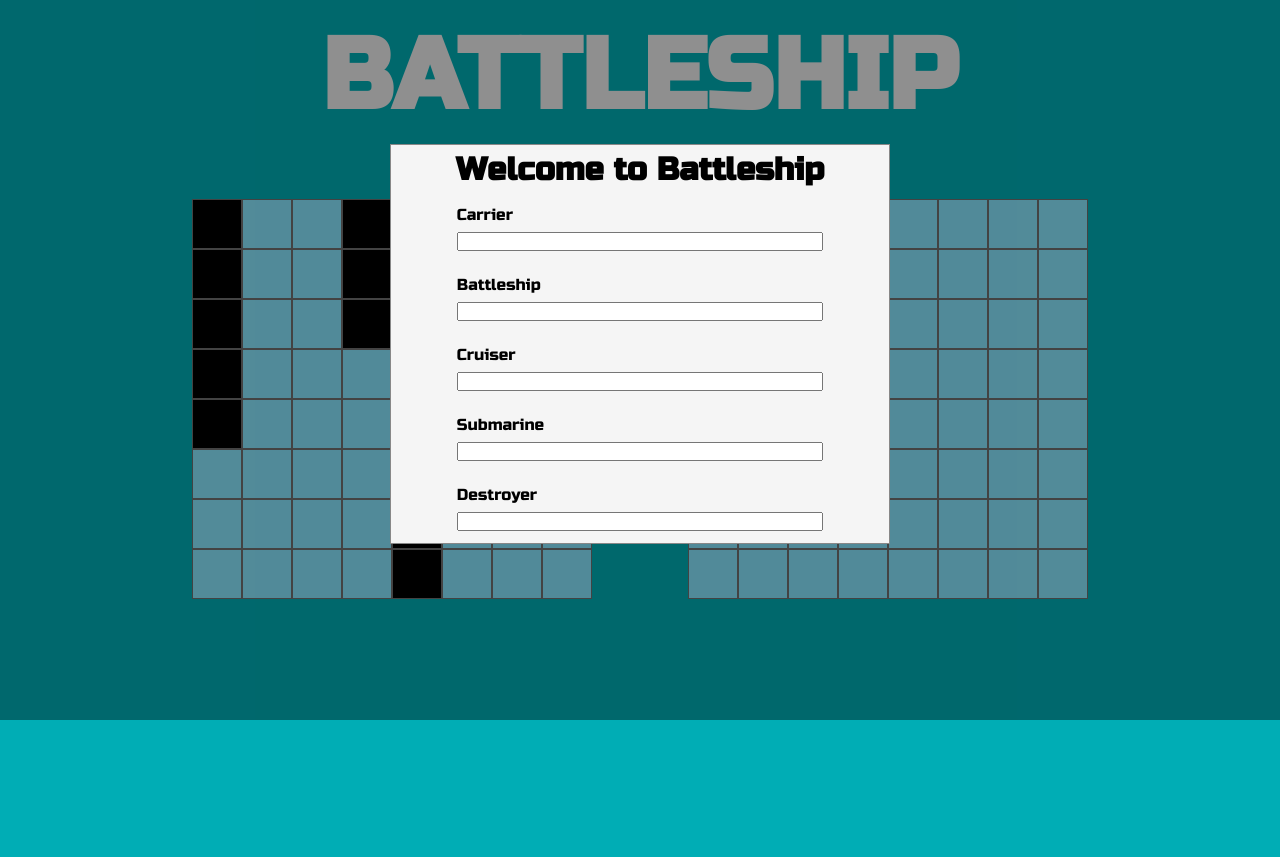
Repository: AzharMoosa/battleship
Page: /
These files come from the project's save history. The page is drawn as it stood at one moment and after the next save; the edit follows.
The browser window is 1280 px wide. The pictures show the whole page.
The project was rebuilt for these pictures with package versions that can differ from the ones it lists, and the page was loaded fresh each time.

Above is the page before, as saved 2020-07-09 10:10:55.

### src/App.js
import React from "react";
import Header from "./components/Header";
import Board from "./components/Board";
import { PlayersProvider } from "./context/PlayersContext";
import "./App.css";

function App() {
  return (
    <PlayersProvider>
      <div>
        <Header />
        <Board />
      </div>
    </PlayersProvider>
  );
}

export default App;

### src/components/Header.js
import React from "react";

const Header = () => {
  return (
    <div className='header'>
      <h1>Battleship</h1>
    </div>
  );
};

export default Header;

### src/components/Board.js
import React, { useState, Fragment } from "react";
import Square from "./Square";
import PlainSquare from "./PlainSquare";
import Player from "../functions/Player";
import Gameboard from "../functions/Gameboard";
import Overlay from "./Overlay";
import HitMiss from "./HitMiss";
import PlaceShip from "./PlaceShip";
import { v4 as uuidv4 } from "uuid";

const Board = () => {
  // eslint-disable-next-line
  const [player, setPlayer] = useState(Player(false));
  // eslint-disable-next-line
  const [computer, setComputer] = useState(Player(true));
  const [playerBoard, setPlayerBoard] = useState(Gameboard());
  const [computerBoard, setComputerBoard] = useState(Gameboard());
  const [playerTurn, setPlayerTurn] = useState(true);

  const getOutcome = (hit) => {
    let outcome = document.querySelector(".hit-miss-outcome");
    if (hit === true) {
      outcome.innerHTML = "Hit!";
    } else {
      outcome.innerHTML = "Miss!";
    }
  };

  const startGame = () => {
    playerBoard.placeShip(0, 0, player.ships[0], 1);
    playerBoard.placeShip(4, 4, player.ships[1], 1);
    playerBoard.placeShip(3, 0, player.ships[2], 1);
    playerBoard.placeShip(5, 0, player.ships[3], 1);
    playerBoard.placeShip(7, 0, player.ships[4], 1);

    computerBoard.placeShip(0, 0, computer.ships[0], 0);
    computerBoard.placeShip(4, 2, computer.ships[1], 0);
    computerBoard.placeShip(0, 3, computer.ships[2], 0);
    computerBoard.placeShip(3, 5, computer.ships[3], 0);
    computerBoard.placeShip(0, 7, computer.ships[4], 0);
  };

  const getBoardElm = (elm) => {
    if (elm !== "") {
      return "square ship";
    } else {
      return "square";
    }
  };

  const displayModal = (name) => {
    let modal = document.querySelector(".modal");
    let title = document.querySelector(".winner-name");
    let overlay = document.querySelector(".overlay");
    modal.style.display = "block";
    overlay.style.display = "none";
    if (name === "Computer") {
      title.innerHTML = "Computer Wins";
    } else if (name === "Player") {
      title.innerHTML = "Player Wins";
    }
  };

  const resetGame = () => {
    setPlayer(Player(false));
    setComputer(Player(true));
    setPlayerBoard(Gameboard());
    setComputerBoard(Gameboard());
    setPlayerTurn(true);
    let modal = document.querySelector(".modal");
    let overlay = document.querySelector(".overlay");
    let outcome = document.querySelector(".hit-miss-outcome");
    modal.style.display = "none";
    overlay.style.display = "grid";
    outcome.innerHTML = "";
  };

  const gameOver = () => {
    if (playerBoard.allShipSunk(player.ships)) {
      displayModal("Computer");
    } else if (computerBoard.allShipSunk(computer.ships)) {
      displayModal("Player");
    }
  };

  const attackComputer = (e) => {
    if (playerTurn === true) {
      let updatedBoard = computerBoard;
      // Get Coord
      let coords = e.target.id.split(",");
      let x = coords[1];
      let y = coords[0];
      player.attackEnemy(updatedBoard, parseInt(x), parseInt(y));
      if (computerBoard.grid[x][y] === "") {
        e.target.classList.add("ship-miss");
        getOutcome(false);
      } else {
        e.target.classList.add("ship-hit");
        getOutcome(true);
      }
      setComputerBoard(updatedBoard);
      setPlayerTurn(false);
    }
    computerTurn();
  };

  const computerTurn = () => {
    if (playerTurn === true) {
      let updatedBoard = playerBoard;
      let randomCoords = computer.getRandomCoords();
      let square = document.getElementById(randomCoords);
      let coords = randomCoords.split(",");
      let x = coords[1];
      let y = coords[0];
      computer.computerAttack(updatedBoard, x, y);
      if (playerBoard.grid[x][y] === "") {
        square.classList.add("ship-miss");
      } else {
        square.classList.add("ship-hit");
      }
      gameOver();
      setPlayerBoard(updatedBoard);
      setPlayerTurn(true);
    }
  };

  return (
    <Fragment>
      <PlaceShip />
      <div className='container'>
        <HitMiss />
        <div className='game-boards'>
          {startGame()}
          <div className='game-board'>
            {playerBoard.grid.map((col, j) =>
              col.map((elm, i) => (
                <Square
                  key={uuidv4()}
                  elm={elm}
                  getBoardElm={getBoardElm}
                  id={`${i},${j}`}
                />
              ))
            )}
          </div>

          <div className='comp'>
            <div className='game-board comp-board'>
              {computerBoard.grid.map((col, j) =>
                col.map((elm, i) => (
                  <Square
                    key={uuidv4()}
                    elm={elm}
                    getBoardElm={getBoardElm}
                    attackComputer={attackComputer}
                    id={`${i},${j}`}
                  />
                ))
              )}
            </div>
            <div className='overlay game-board'>
              {computerBoard.grid.map((col, j) =>
                col.map((elm, i) => <PlainSquare key={uuidv4()} />)
              )}
            </div>
          </div>
        </div>
        <Overlay resetGame={resetGame} />
      </div>
    </Fragment>
  );
};

export default Board;

### src/context/PlayersContext.js
import React, { useState, createContext } from "react";
import Player from "../functions/Player";
import Gameboard from "../functions/Gameboard";

export const PlayersContext = createContext();

export const PlayersProvider = (props) => {
  const [players, usePlayers] = useState([
    // Player
    {
      player: Player(false),
      board: Gameboard(),
    },
    // Computer
    {
      player: Player(true),
      board: Gameboard(),
    },
  ]);

  return (
    <PlayersContext.Provider value={[players, usePlayers]}>
      {props.children}
    </PlayersContext.Provider>
  );
};

### src/App.css
@import url("https://fonts.googleapis.com/css2?family=Russo+One&display=swap");

:root {
  --bg-primary: #00adb5;
  --bg-light: #eeeeee;
  --bg-dark: #222831;
}

* {
  margin: 0;
  padding: 0;
  box-sizing: border-box;
}

body {
  font-family: "Russo One", sans-serif;
  background-color: var(--bg-primary);
}

.header {
  text-align: center;
}

.header h1 {
  color: var(--bg-light);
  font-size: 100px;
  text-transform: uppercase;
  margin-top: 1rem;
}

.game-boards {
  display: flex;
  align-items: center;
  justify-content: space-between;
  width: 70%;
  height: 55vh;
  margin: 3rem auto;
}

.game-board {
  display: grid;
  grid-template-columns: repeat(8, 1fr);
  width: 400px;
  height: 400px;
}

.square {
  border: 1px solid #707070;
  background-color: rgb(136, 231, 255);
  width: 50px;
  height: 50px;
  pointer-events: auto !important;
  cursor: pointer;
}

.plain-square {
  border: 1px solid #707070;
  background-color: rgb(136, 231, 255);
  width: 50px;
  height: 50px;
  pointer-events: none !important;
  cursor: pointer;
}

.ship {
  background-color: #000;
}

.ship-hit {
  background-color: rgb(255, 77, 77) !important;
  pointer-events: none !important;
}

.ship-miss {
  background-color: #fff !important;
  pointer-events: none !important;
}

.comp {
  display: grid;
}

.comp-board,
.overlay {
  grid-area: 1 / 1;
}

.container {
  display: flex;
  flex-direction: column;
  height: 100vh;
}

.overlay {
  pointer-events: none;
}

.start {
  /* display: none; */
  position: fixed;
  z-index: 1;
  left: 0;
  top: 0;
  width: 100%;
  height: 100%;
  background-color: rgb(0, 0, 0);
  background-color: rgba(0, 0, 0, 0.4);
}

.start-content {
  background-color: #f5f5f5;
  margin: 20vh auto;
  padding: 20px;
  border: 1px solid #888;
  width: 500px;
  height: 400px;
  display: flex;
  flex-direction: column;
  align-items: center;
  justify-content: center;
}

.coord-inputs {
  display: flex;
  flex-direction: column;
  width: 80%;
  margin-top: 1rem;
}

.coord-input {
  margin: 0.5rem 0;
}

.modal {
  display: none;
  position: fixed;
  z-index: 1;
  left: 0;
  top: 0;
  width: 100%;
  height: 100%;
  background-color: rgb(0, 0, 0);
  background-color: rgba(0, 0, 0, 0.4);
}

.modal-content-results {
  background-color: #f5f5f5;
  margin: 30vh auto;
  padding: 20px;
  border: 1px solid #888;
  width: 400px;
  height: 200px;
  display: flex;
  flex-direction: column;
  align-items: center;
  justify-content: center;
}

.winner-name {
  text-align: center;
  margin-bottom: 2rem;
  font-size: 40px;
}

.btn-primary {
  background-color: var(--bg-dark);
  color: #fff;
  width: 150px;
  height: 50px;
  font-size: 20px;
  border: none;
  outline: none;
  font-family: "Russo One", sans-serif;
  border-radius: 20px;
  cursor: pointer;
}

.hit-miss {
  display: flex;
  align-items: center;
  justify-content: center;
  margin-top: 1rem;
}

.hit-miss-outcome {
  color: #fff;
  font-size: 50px;
}

@media (min-width: 1700px) {
  .game-boards {
    height: 70vh;
    width: 80%;
  }

  .game-board {
    width: 650px;
    height: 650px;
  }

  .square,
  .plain-square {
    width: 81.25px;
    height: 81.25px;
  }
}

@media (max-width: 1200px) {
  .game-boards {
    height: 70vh;
    width: 80%;
    display: flex;
    flex-direction: column;
  }

  .game-board {
    width: 500px;
    height: 500px;
  }

  .comp {
    margin-top: 3rem;
  }

  .square,
  .plain-square {
    width: 62.5px;
    height: 62.5px;
  }
}

@media (max-width: 768px) {
  .header h1 {
    font-size: 60px;
  }

  .game-boards {
    width: 80%;
    display: flex;
    flex-direction: column;
  }

  .game-board {
    width: 400px;
    height: 400px;
  }

  .comp {
    margin-top: 3rem;
  }

  .square,
  .plain-square {
    width: 50px;
    height: 50px;
  }
}

@media (max-width: 414px) {
  .header h1 {
    font-size: 40px;
  }

  .game-boards {
    width: 70%;
    display: flex;
    flex-direction: column;
  }

  .game-board {
    width: 300px;
    height: 300px;
  }

  .comp {
    margin-top: 3rem;
  }

  .square,
  .plain-square {
    width: 37.5px;
    height: 37.5px;
  }

  .modal-content-results {
    width: 300px;
  }

  .winner-name {
    font-size: 35px;
  }

  .btn-primary {
    background-color: var(--bg-dark);
    color: #fff;
    width: 150px;
    height: 50px;
    font-size: 20px;
    border: none;
    outline: none;
    font-family: "Russo One", sans-serif;
    border-radius: 20px;
    cursor: pointer;
  }
}

@media (max-width: 375px) {
  .header h1 {
    font-size: 35px;
  }

  .game-boards {
    width: 70%;
    display: flex;
    flex-direction: column;
  }

  .game-board {
    width: 280px;
    height: 280px;
  }

  .comp {
    margin-top: 3rem;
  }

  .square,
  .plain-square {
    width: 35px;
    height: 35px;
  }
}

@media (max-width: 320px) {
  .modal-content-results {
    width: 250px;
  }

  .winner-name {
    font-size: 30px;
  }
}

### src/components/Square.js
import React from "react";

const Square = ({ elm, attackComputer, getBoardElm, id }) => {
  return (
    <div className={getBoardElm(elm)} id={id} onClick={attackComputer}></div>
  );
};

export default Square;

### src/components/PlainSquare.js
import React from "react";

const PlainSquare = () => {
  return <div className='plain-square'></div>;
};

export default PlainSquare;

### src/functions/Player.js
import Ship from "./Ship";

const Player = (ai) => {
  let previousShots = [];

  // Create Ships
  let carrier = Ship("Carrier", 5);
  let battleship = Ship("Battleship", 4);
  let cruiser = Ship("Cruiser", 3);
  let submarine = Ship("Submarine", 3);
  let destroyer = Ship("Destroyer", 2);
  let ships = [carrier, battleship, cruiser, submarine, destroyer];

  const attackEnemy = (enemyBoard, x, y) => {
    if (!previousShots.includes([x, y])) {
      enemyBoard.receiveAttack(x, y);
      previousShots.push([parseInt(x), parseInt(y)]);
      return true;
    }
    return false;
  };

  const checkCoord = (x, y) => {
    previousShots.forEach((coords) => {
      if (
        parseInt(coords[1]) === parseInt(x) &&
        parseInt(coords[0]) === parseInt(y)
      ) {
        return true;
      }
    });
    return false;
  };

  const getRandomCoords = (gameboard) => {
    let maximum = 7;
    let minimum = 0;
    let x = 0;
    let y = 0;

    do {
      x = Math.floor(Math.random() * (maximum - minimum + 1)) + minimum;
      y = Math.floor(Math.random() * (maximum - minimum + 1)) + minimum;
    } while (checkCoord(x, y));
    return `${x},${y}`;
  };

  const computerAttack = (enemyBoard, x, y) => {
    enemyBoard.receiveAttack(x, y);
    previousShots.push([x, y]);
  };

  return { previousShots, ships, attackEnemy, computerAttack, getRandomCoords };
};

export default Player;

### src/functions/Gameboard.js
const Gameboard = () => {
  let previousShots = [];
  const grid = new Array(8).fill("");
  for (let i = 0; i < grid.length; i++) {
    grid[i] = new Array(8).fill("");
  }

  const getGrid = () => {
    return grid;
  };

  const getPreviousShots = () => {
    return previousShots;
  };

  const placeShip = (x, y, ship, orientation) => {
    // Horizontal Orientation = 0
    // Vertical Orientation = 1

    // Check If Ship Fits
    let shipLength = ship.length;

    if (orientation === 0) {
      for (let i = x; i < x + ship.length; i++) {
        if (grid[y][i] !== "" || x + shipLength > 8) {
          return false;
        }
        grid[y][i] = ship;
        ship.setShipCoords(y, i);
      }
    } else if (orientation === 1) {
      for (let i = y; i < y + ship.length; i++) {
        if (grid[i][x] !== "" || y + shipLength > 8) {
          return false;
        }
        grid[i][x] = ship;
        ship.setShipCoords(i, x);
      }
    }
    return true;
  };

  const flatten = (arr) => {
    return arr.join(" |-| ");
  };

  const receiveAttack = (x, y) => {
    // Check if ship is at position
    if (grid[x][y] !== "") {
      let ship = grid[x][y];
      let shipCoords = ship.getShipCoords();
      let arrSearch = shipCoords.map((row) => {
        return flatten(row);
      });
      let pos = arrSearch.indexOf(flatten([x, y]));
      if (!ship.isHit(pos)) {
        ship.hit(pos);
        return true;
      }
    }
    previousShots.push([x, y]);
    return false;
  };

  const allShipSunk = (ships) => {
    for (let i = 0; i < ships.length; i++) {
      if (!ships[i].isSunk()) {
        return false;
      }
    }

    return true;
  };

  return {
    grid,
    previousShots,
    getGrid,
    placeShip,
    receiveAttack,
    getPreviousShots,
    allShipSunk,
  };
};

export default Gameboard;

### src/components/Overlay.js
import React from "react";

const Overlay = ({ resetGame }) => {
  return (
    <div className='modal'>
      <div className='modal-content-results'>
        <h1 className='winner-name'>Player Wins</h1>
        <button className='btn-primary' onClick={resetGame}>
          Restart
        </button>
      </div>
    </div>
  );
};

export default Overlay;

### src/components/HitMiss.js
import React from "react";

const HitMiss = () => {
  return (
    <div className='hit-miss'>
      <h1 className='hit-miss-outcome'>{}</h1>
    </div>
  );
};

export default HitMiss;

### src/components/PlaceShip.js
import React, { useState } from "react";

const PlaceShip = () => {
  const [carrier, setCarrierX] = useState("");
  const [battleship, setBattleshipX] = useState("");
  const [cruiser, setCruiserX] = useState("");
  const [submarine, setSubmarineX] = useState("");
  const [destroyer, setDestroyerX] = useState("");

  return (
    <div className='start'>
      <div className='start-content'>
        <h1>Welcome to Battleship</h1>
        <div className='coord-inputs'>
          <label htmlFor='carrier'>Carrier</label>
          <input
            type='text'
            onChange={(e) => setCarrierX(e.target.value)}
            className='coord-input'
          />
        </div>
        <div className='coord-inputs'>
          <label htmlFor='battleship'>Battleship</label>
          <input
            type='text'
            onChange={(e) => setBattleshipX(e.target.value)}
            className='coord-input'
          />
        </div>
        <div className='coord-inputs'>
          <label htmlFor='cruiser'>Cruiser</label>
          <input
            type='text'
            onChange={(e) => setCruiserX(e.target.value)}
            className='coord-input'
          />
        </div>
        <div className='coord-inputs'>
          <label htmlFor='submarine'>Submarine</label>
          <input
            type='text'
            onChange={(e) => setSubmarineX(e.target.value)}
            className='coord-input'
          />
        </div>
        <div className='coord-inputs'>
          <label htmlFor='destroyer'>Destroyer</label>
          <input
            type='text'
            onChange={(e) => setDestroyerX(e.target.value)}
            className='coord-input'
          />
        </div>
      </div>
    </div>
  );
};

export default PlaceShip;

### src/functions/Ship.js
const Ship = (name, length) => {
  // Fills ship with false
  const ship = new Array(length).fill(false);
  let shipCoords = [];

  // Hit
  const hit = (pos) => (ship[pos] = true);

  // If Ship Sunk
  const isSunk = () => {
    return ship.every((v) => v === true);
  };

  const isHit = (pos) => {
    return ship[pos] === true ? true : false;
  };

  // Returns ship
  const getShip = () => {
    return ship;
  };

  const setShipCoords = (x, y) => {
    shipCoords.push([x, y]);
  };

  const getShipCoords = () => {
    return shipCoords;
  };

  return {
    name,
    ship,
    length,
    hit,
    isSunk,
    isHit,
    getShip,
    setShipCoords,
    getShipCoords,
  };
};

export default Ship;

Loaded but not shown: public/index.html (common file); src/index.js (common file)

After the next save:
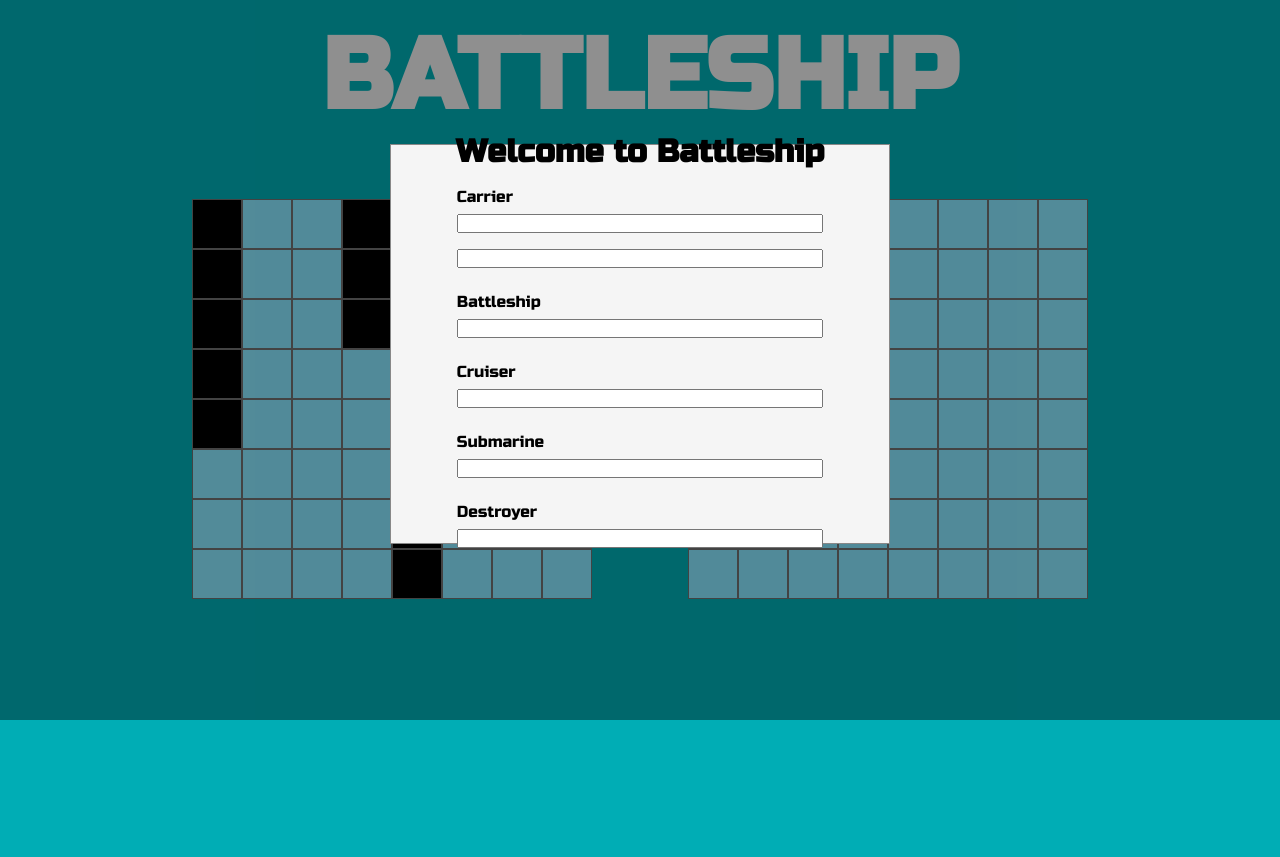
Saved 39 s later.
--- a/src/components/PlaceShip.js
+++ b/src/components/PlaceShip.js
@@ -1,11 +1,12 @@
 import React, { useState } from "react";
 
 const PlaceShip = () => {
-  const [carrier, setCarrierX] = useState("");
-  const [battleship, setBattleshipX] = useState("");
-  const [cruiser, setCruiserX] = useState("");
-  const [submarine, setSubmarineX] = useState("");
-  const [destroyer, setDestroyerX] = useState("");
+  const [carrierX, setCarrierX] = useState("");
+  const [carrierY, setCarrierY] = useState("");
+  const [battleshipX, setBattleshipX] = useState("");
+  const [cruiserX, setCruiserX] = useState("");
+  const [submarineX, setSubmarineX] = useState("");
+  const [destroyerX, setDestroyerX] = useState("");
 
   return (
     <div className='start'>
@@ -16,6 +17,11 @@ const PlaceShip = () => {
           <input
             type='text'
             onChange={(e) => setCarrierX(e.target.value)}
+            className='coord-input'
+          />
+          <input
+            type='text'
+            onChange={(e) => setCarrierY(e.target.value)}
             className='coord-input'
           />
         </div>
